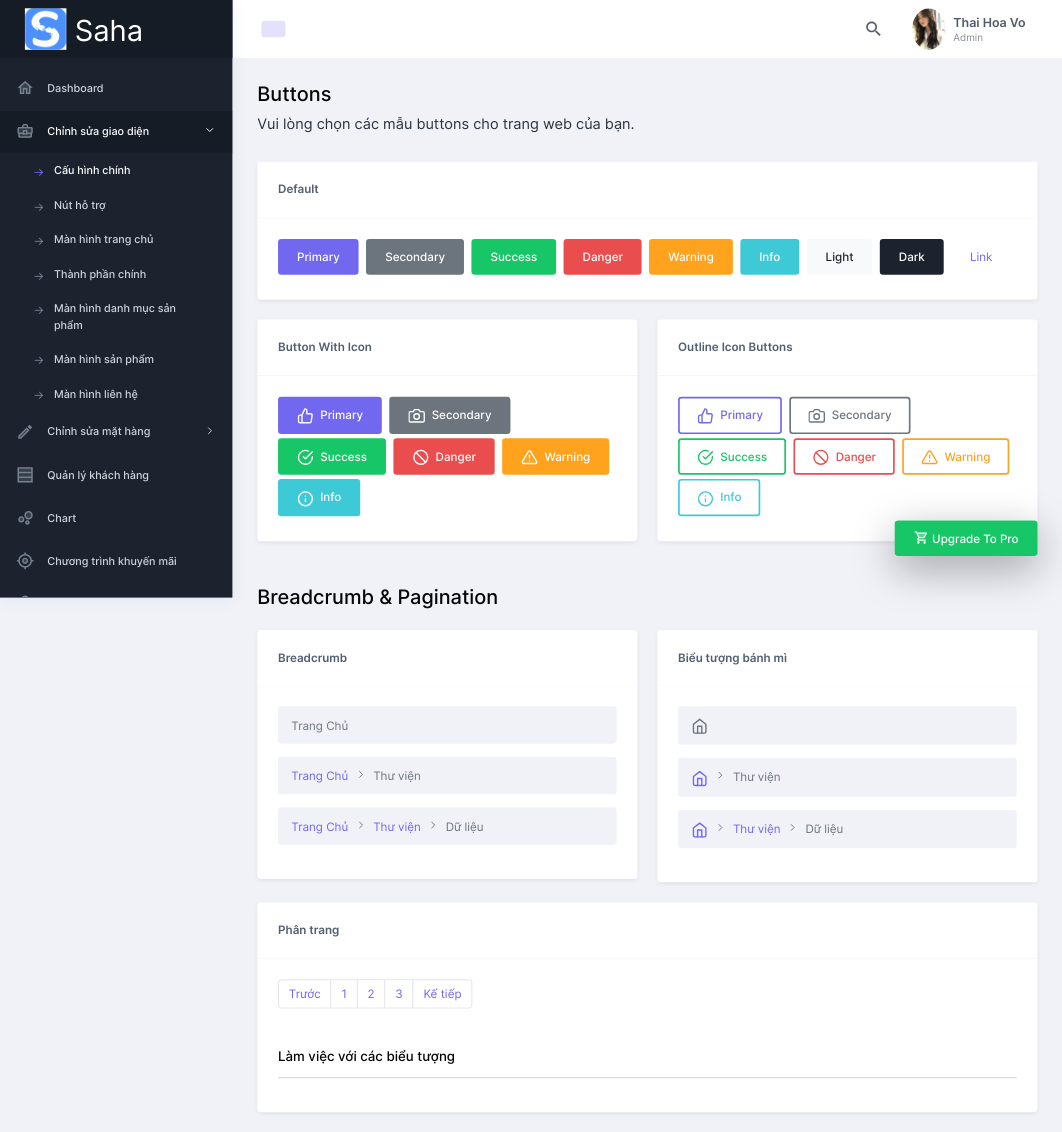
Repository: vothaihoa1998/sahashop.github.io
Page: edit-ui.html
An editor plug-in stored every save of this project. The page is shown before and after a run of saves, followed by the edit.
The browser window is 1280 px wide. The pictures show the whole page, at 83% of full size.

Above is the page before, as saved 2021-07-08 14:59:48.

After the next 2 saves:
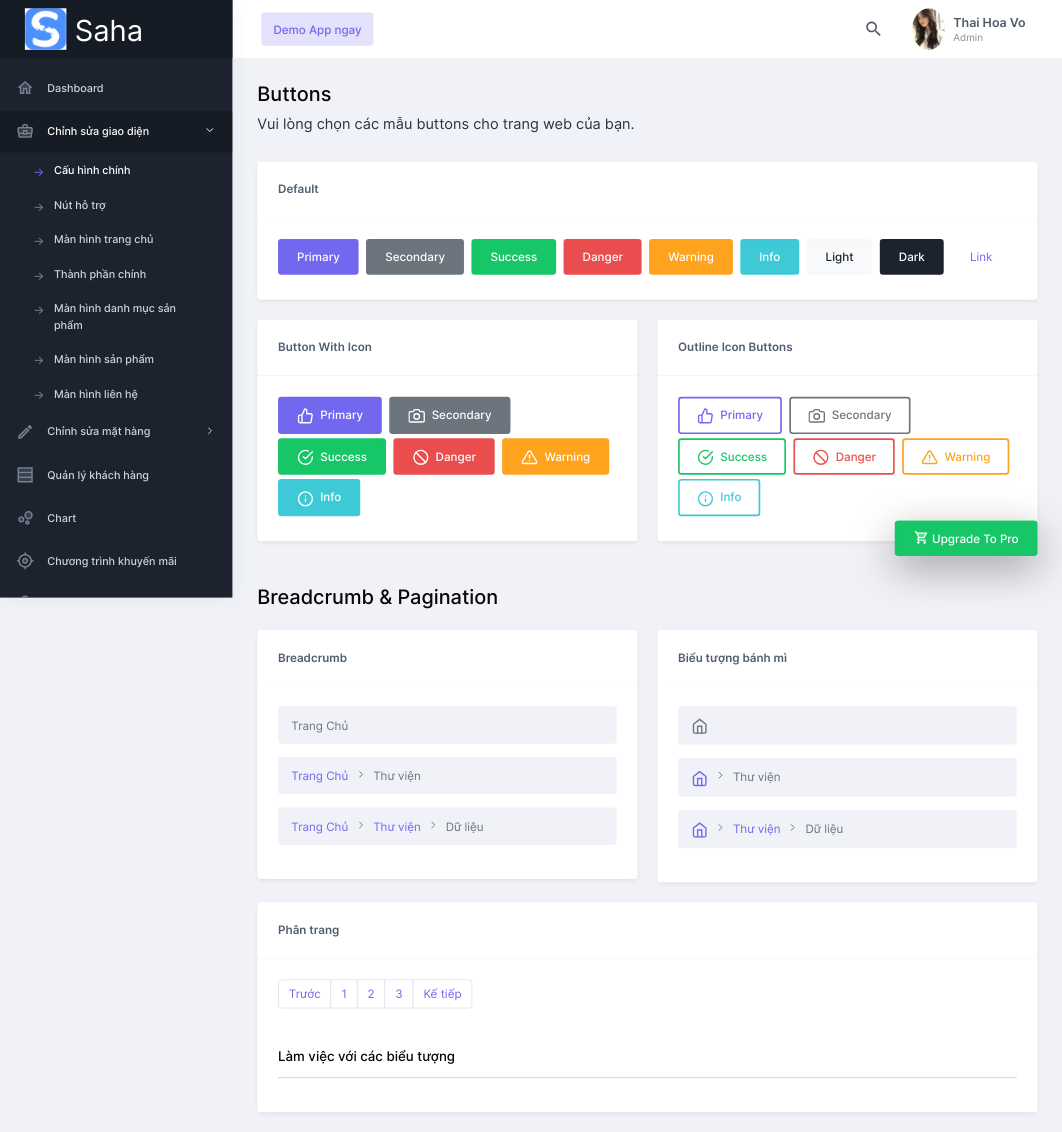
The 2 saves are shown as one change because they came seconds apart.
The last was saved 35 s later.
--- a/edit-ui.html
+++ b/edit-ui.html
@@ -200,7 +200,7 @@
 						<a onclick="document.getElementById('id01').style.display='block'"
 
                         class="pc-head-link active dropdown-toggle arrow-none mr-0" data-toggle="dropdown" href="#" role="button" aria-haspopup="false" aria-expanded="false">
-
+                        Demo App ngay
 						</a>
 
 					</li>
